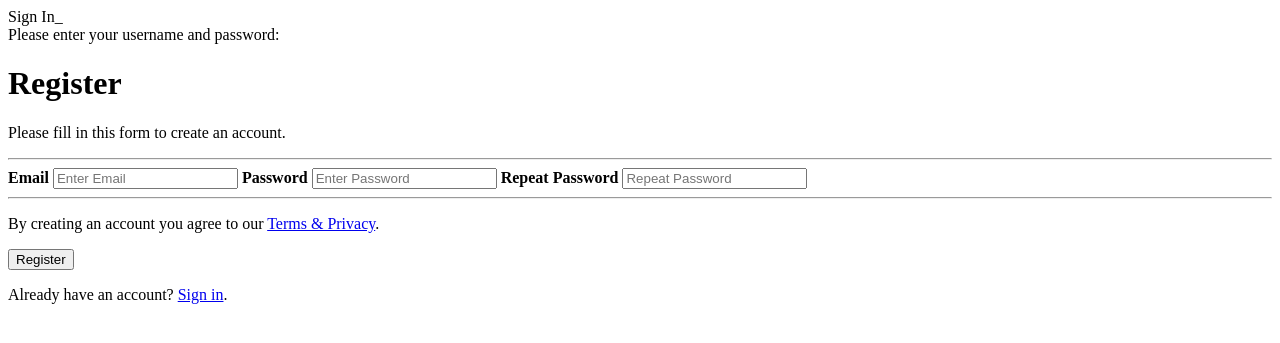
Repository: Sonalitanika/Assigment_IT17048842
Page: Lab09/WebContent/EditUser.html
An editor plug-in stored every save of this project. The page is shown before and after the next save, followed by the edit.
The browser window is 1280 px wide. The pictures show the whole page.

Above is the page before, as saved 2019-05-25 17:01:50.

### Lab09/WebContent/EditUser.html
<!DOCTYPE html>
<html>
<head>
<meta charset="utf-8">
<title>Login</title>
<script type="text/javascript" src="js/jquery-3.4.1.min.js"></script>
</head>
<body>
 <!--body area-->
    <div>

        <!--header area-->
        <div class="header">

            <!--header inner area-->
            <div class="header_inner_area_other">


                <!--header image area-->
                <div class="header_image_other">
                    Sign In_
                </div>
            </div>
        </div>

        <!--content area-->
        <div class="content">

            <!--inner_content_1 area-->
            <div class="inner_content_1">

                <div class="text-center content_area">Please enter your username and password:</div>
<div class="container">
    <h1>Register</h1>
    <p>Please fill in this form to create an account.</p>
    <hr>

    <label for="email"><b>Email</b></label>
    <input type="text" placeholder="Enter Email" name="email" required>

    <label for="psw"><b>Password</b></label>
    <input type="password" placeholder="Enter Password" name="psw" required>

    <label for="psw-repeat"><b>Repeat Password</b></label>
    <input type="password" placeholder="Repeat Password" name="psw-repeat" required>
    <hr>

    <p>By creating an account you agree to our <a href="#">Terms & Privacy</a>.</p>
    <button type="submit" class="registerbtn">Register</button>
  </div>

  <div class="container signin">
    <p>Already have an account? <a href="#">Sign in</a>.</p>
  </div>

            </div>

            <!--inner_content_2 area-->
            <div class="inner_content_2">

            </div>
        </div>

        <!--footer area-->
        <div class="footer">

            <!--footer inner area-->
            <div class="footer_inner_area">


            </div>

        </div>
    </div>
</body>
</html>

Loaded but not shown: Lab09/WebContent/js/jquery-3.4.1.min.js (library)

After the next save:
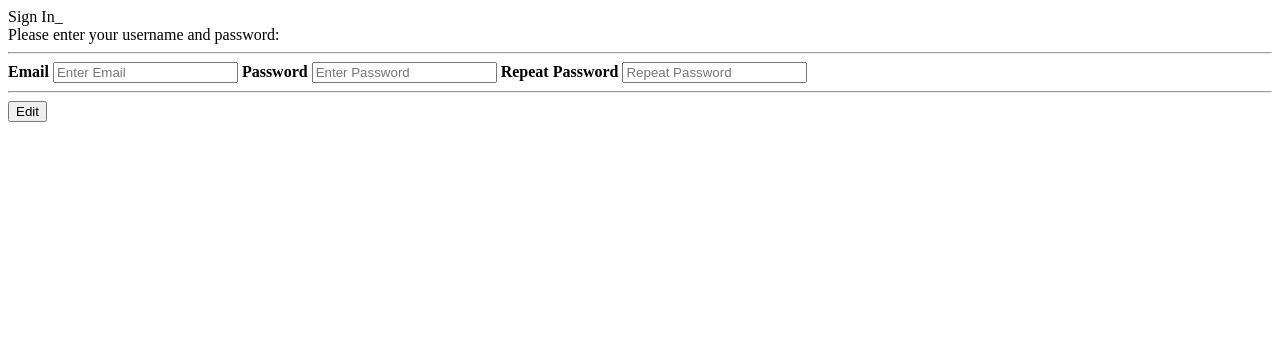
Saved 71 s later.
--- a/Lab09/WebContent/EditUser.html
+++ b/Lab09/WebContent/EditUser.html
@@ -31,8 +31,7 @@
 
                 <div class="text-center content_area">Please enter your username and password:</div>
 <div class="container">
-    <h1>Register</h1>
-    <p>Please fill in this form to create an account.</p>
+
     <hr>
 
     <label for="email"><b>Email</b></label>
@@ -44,14 +43,10 @@
     <label for="psw-repeat"><b>Repeat Password</b></label>
     <input type="password" placeholder="Repeat Password" name="psw-repeat" required>
     <hr>
-
-    <p>By creating an account you agree to our <a href="#">Terms & Privacy</a>.</p>
-    <button type="submit" class="registerbtn">Register</button>
+    <button type="submit" class="registerbtn">Edit</button>
   </div>
 
-  <div class="container signin">
-    <p>Already have an account? <a href="#">Sign in</a>.</p>
-  </div>
+
 
             </div>
 
